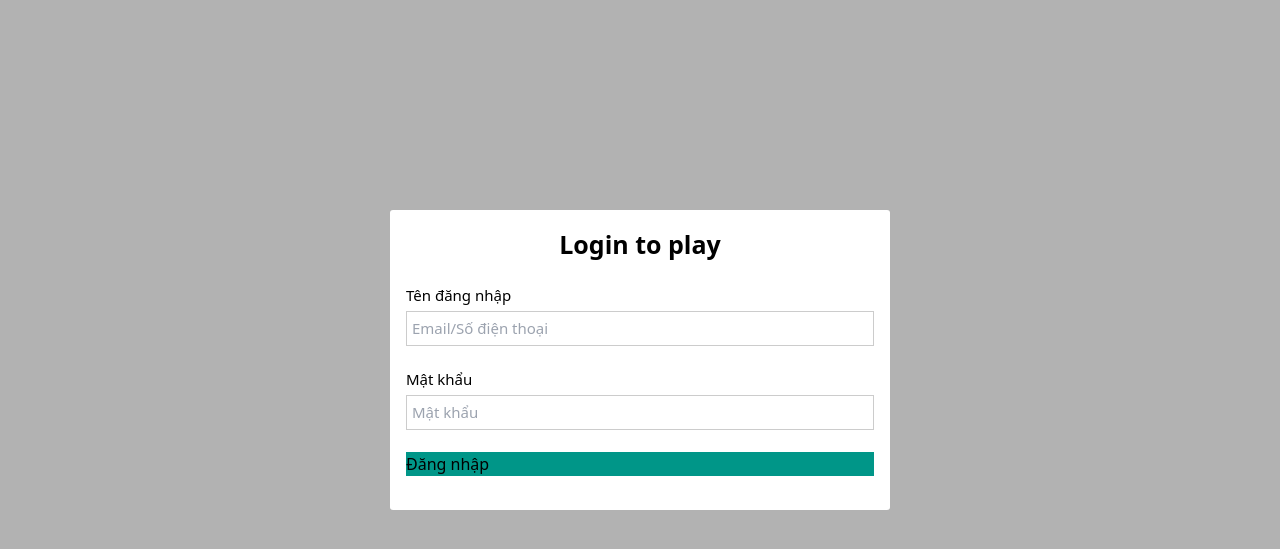
Repository: Teddy1705/demo_pj
Page: /
These files come from the project's save history. The page is drawn as it stood at one moment and after the next save; the edit follows.
The browser window is 1280 px wide. The pictures show the whole page.
The project was rebuilt for these pictures with package versions that can differ from the ones it lists, and the page was loaded fresh each time. Also part of the build but not shown: vite.config.js.

Above is the page before, as saved 2024-04-16 10:01:38.

### index.html
<!DOCTYPE html>
<html lang="en">
  <head>
    <meta charset="UTF-8" />
    <link rel="icon" type="image/svg+xml" href="/vite.svg" />
    <meta name="viewport" content="width=device-width, initial-scale=1.0" />
    <title>Tic Tac Toe</title>
    <link rel="stylesheet" href="./src/index.css" />
  </head>
  <body>
    <div id="root"></div>
    <script type="module" src="/src/main.jsx"></script>
  </body>
</html>

### src/index.css
:root {
  --white-color: #fff;
  --black-color: #000;
}

/*
1. Prevent padding and border from affecting element width. (https://github.com/mozdevs/cssremedy/issues/4)
2. Allow adding a border to an element by just adding a border-width. (https://github.com/tailwindcss/tailwindcss/pull/116)
*/

*,
::before,
::after {
  box-sizing: border-box;
  /* 1 */
  border-width: 0;
  /* 2 */
  border-style: solid;
  /* 2 */
  border-color: #e5e7eb;
  /* 2 */
}

::before,
::after {
  --tw-content: "";
}

/*
1. Use a consistent sensible line-height in all browsers.
2. Prevent adjustments of font size after orientation changes in iOS.
3. Use a more readable tab size.
4. Use the user's configured `sans` font-family by default.
5. Use the user's configured `sans` font-feature-settings by default.
6. Use the user's configured `sans` font-variation-settings by default.
7. Disable tap highlights on iOS
*/

html,
:host {
  line-height: 1.5;
  /* 1 */
  -webkit-text-size-adjust: 100%;
  /* 2 */
  -moz-tab-size: 4;
  /* 3 */
  -o-tab-size: 4;
  tab-size: 4;
  /* 3 */
  font-family: ui-sans-serif, system-ui, sans-serif, "Apple Color Emoji",
    "Segoe UI Emoji", "Segoe UI Symbol", "Noto Color Emoji";
  /* 4 */
  font-feature-settings: normal;
  /* 5 */
  font-variation-settings: normal;
  /* 6 */
  -webkit-tap-highlight-color: transparent;
  /* 7 */
}

/*
1. Remove the margin in all browsers.
2. Inherit line-height from `html` so users can set them as a class directly on the `html` element.
*/

body {
  margin: 0;
  /* 1 */
  line-height: inherit;
  /* 2 */
}

/*
1. Add the correct height in Firefox.
2. Correct the inheritance of border color in Firefox. (https://bugzilla.mozilla.org/show_bug.cgi?id=190655)
3. Ensure horizontal rules are visible by default.
*/

hr {
  height: 0;
  /* 1 */
  color: inherit;
  /* 2 */
  border-top-width: 1px;
  /* 3 */
}

/*
Add the correct text decoration in Chrome, Edge, and Safari.
*/

abbr:where([title]) {
  -webkit-text-decoration: underline dotted;
  text-decoration: underline dotted;
}

/*
Remove the default font size and weight for headings.
*/

h1,
h2,
h3,
h4,
h5,
h6 {
  font-size: inherit;
  font-weight: inherit;
}

/*
Reset links to optimize for opt-in styling instead of opt-out.
*/

a {
  color: inherit;
  text-decoration: inherit;
}

/*
Add the correct font weight in Edge and Safari.
*/

b,
strong {
  font-weight: bolder;
}

/*
1. Use the user's configured `mono` font-family by default.
2. Use the user's configured `mono` font-feature-settings by default.
3. Use the user's configured `mono` font-variation-settings by default.
4. Correct the odd `em` font sizing in all browsers.
*/

code,
kbd,
samp,
pre {
  font-family: ui-monospace, SFMono-Regular, Menlo, Monaco, Consolas,
    "Liberation Mono", "Courier New", monospace;
  /* 1 */
  font-feature-settings: normal;
  /* 2 */
  font-variation-settings: normal;
  /* 3 */
  font-size: 1em;
  /* 4 */
}

/*
Add the correct font size in all browsers.
*/

small {
  font-size: 80%;
}

/*
Prevent `sub` and `sup` elements from affecting the line height in all browsers.
*/

sub,
sup {
  font-size: 75%;
  line-height: 0;
  position: relative;
  vertical-align: baseline;
}

sub {
  bottom: -0.25em;
}

sup {
  top: -0.5em;
}

/*
1. Remove text indentation from table contents in Chrome and Safari. (https://bugs.chromium.org/p/chromium/issues/detail?id=999088, https://bugs.webkit.org/show_bug.cgi?id=201297)
2. Correct table border color inheritance in all Chrome and Safari. (https://bugs.chromium.org/p/chromium/issues/detail?id=935729, https://bugs.webkit.org/show_bug.cgi?id=195016)
3. Remove gaps between table borders by default.
*/

table {
  text-indent: 0;
  /* 1 */
  border-color: inherit;
  /* 2 */
  border-collapse: collapse;
  /* 3 */
}

/*
1. Change the font styles in all browsers.
2. Remove the margin in Firefox and Safari.
3. Remove default padding in all browsers.
*/

button,
input,
optgroup,
select,
textarea {
  font-family: inherit;
  /* 1 */
  font-feature-settings: inherit;
  /* 1 */
  font-variation-settings: inherit;
  /* 1 */
  font-size: 100%;
  /* 1 */
  font-weight: inherit;
  /* 1 */
  line-height: inherit;
  /* 1 */
  letter-spacing: inherit;
  /* 1 */
  color: inherit;
  /* 1 */
  margin: 0;
  /* 2 */
  padding: 0;
  /* 3 */
}

/*
Remove the inheritance of text transform in Edge and Firefox.
*/

button,
select {
  text-transform: none;
}

/*
1. Correct the inability to style clickable types in iOS and Safari.
2. Remove default button styles.
*/

button,
input:where([type="button"]),
input:where([type="reset"]),
input:where([type="submit"]) {
  -webkit-appearance: button;
  /* 1 */
  background-color: transparent;
  /* 2 */
  background-image: none;
  /* 2 */
}

/*
Use the modern Firefox focus style for all focusable elements.
*/

:-moz-focusring {
  outline: auto;
}

/*
Remove the additional `:invalid` styles in Firefox. (https://github.com/mozilla/gecko-dev/blob/2f9eacd9d3d995c937b4251a5557d95d494c9be1/layout/style/res/forms.css#L728-L737)
*/

:-moz-ui-invalid {
  box-shadow: none;
}

/*
Add the correct vertical alignment in Chrome and Firefox.
*/

progress {
  vertical-align: baseline;
}

/*
Correct the cursor style of increment and decrement buttons in Safari.
*/

::-webkit-inner-spin-button,
::-webkit-outer-spin-button {
  height: auto;
}

/*
1. Correct the odd appearance in Chrome and Safari.
2. Correct the outline style in Safari.
*/

[type="search"] {
  -webkit-appearance: textfield;
  /* 1 */
  outline-offset: -2px;
  /* 2 */
}

/*
Remove the inner padding in Chrome and Safari on macOS.
*/

::-webkit-search-decoration {
  -webkit-appearance: none;
}

/*
1. Correct the inability to style clickable types in iOS and Safari.
2. Change font properties to `inherit` in Safari.
*/

::-webkit-file-upload-button {
  -webkit-appearance: button;
  /* 1 */
  font: inherit;
  /* 2 */
}

/*
Add the correct display in Chrome and Safari.
*/

summary {
  display: list-item;
}

/*
Removes the default spacing and border for appropriate elements.
*/

blockquote,
dl,
dd,
h1,
h2,
h3,
h4,
h5,
h6,
hr,
figure,
p,
pre {
  margin: 0;
}

fieldset {
  margin: 0;
  padding: 0;
}

legend {
  padding: 0;
}

ol,
ul,
menu {
  list-style: none;
  margin: 0;
  padding: 0;
}

/*
Reset default styling for dialogs.
*/

dialog {
  padding: 0;
}

/*
Prevent resizing textareas horizontally by default.
*/

textarea {
  resize: vertical;
}

/*
1. Reset the default placeholder opacity in Firefox. (https://github.com/tailwindlabs/tailwindcss/issues/3300)
2. Set the default placeholder color to the user's configured gray 400 color.
*/

input::-moz-placeholder,
textarea::-moz-placeholder {
  opacity: 1;
  /* 1 */
  color: #9ca3af;
  /* 2 */
}

input::placeholder,
textarea::placeholder {
  opacity: 1;
  /* 1 */
  color: #9ca3af;
  /* 2 */
}

/*
Set the default cursor for buttons.
*/

button,
[role="button"] {
  cursor: pointer;
}

/*
Make sure disabled buttons don't get the pointer cursor.
*/

:disabled {
  cursor: default;
}

/*
1. Make replaced elements `display: block` by default. (https://github.com/mozdevs/cssremedy/issues/14)
2. Add `vertical-align: middle` to align replaced elements more sensibly by default. (https://github.com/jensimmons/cssremedy/issues/14#issuecomment-634934210)
   This can trigger a poorly considered lint error in some tools but is included by design.
*/

img,
svg,
video,
canvas,
audio,
iframe,
embed,
object {
  display: block;
  /* 1 */
  vertical-align: middle;
  /* 2 */
}

/*
Constrain images and videos to the parent width and preserve their intrinsic aspect ratio. (https://github.com/mozdevs/cssremedy/issues/14)
*/

img,
video {
  max-width: 100%;
  height: auto;
}

/* Make elements with the HTML hidden attribute stay hidden by default */

[hidden] {
  display: none;
}

*,
::before,
::after {
  --tw-border-spacing-x: 0;
  --tw-border-spacing-y: 0;
  --tw-translate-x: 0;
  --tw-translate-y: 0;
  --tw-rotate: 0;
  --tw-skew-x: 0;
  --tw-skew-y: 0;
  --tw-scale-x: 1;
  --tw-scale-y: 1;
  --tw-pan-x: ;
  --tw-pan-y: ;
  --tw-pinch-zoom: ;
  --tw-scroll-snap-strictness: proximity;
  --tw-gradient-from-position: ;
  --tw-gradient-via-position: ;
  --tw-gradient-to-position: ;
  --tw-ordinal: ;
  --tw-slashed-zero: ;
  --tw-numeric-figure: ;
  --tw-numeric-spacing: ;
  --tw-numeric-fraction: ;
  --tw-ring-inset: ;
  --tw-ring-offset-width: 0px;
  --tw-ring-offset-color: #fff;
  --tw-ring-color: rgb(59 130 246 / 0.5);
  --tw-ring-offset-shadow: 0 0 #0000;
  --tw-ring-shadow: 0 0 #0000;
  --tw-shadow: 0 0 #0000;
  --tw-shadow-colored: 0 0 #0000;
  --tw-blur: ;
  --tw-brightness: ;
  --tw-contrast: ;
  --tw-grayscale: ;
  --tw-hue-rotate: ;
  --tw-invert: ;
  --tw-saturate: ;
  --tw-sepia: ;
  --tw-drop-shadow: ;
  --tw-backdrop-blur: ;
  --tw-backdrop-brightness: ;
  --tw-backdrop-contrast: ;
  --tw-backdrop-grayscale: ;
  --tw-backdrop-hue-rotate: ;
  --tw-backdrop-invert: ;
  --tw-backdrop-opacity: ;
  --tw-backdrop-saturate: ;
  --tw-backdrop-sepia: ;
  --tw-contain-size: ;
  --tw-contain-layout: ;
  --tw-contain-paint: ;
  --tw-contain-style: ;
}

::backdrop {
  --tw-border-spacing-x: 0;
  --tw-border-spacing-y: 0;
  --tw-translate-x: 0;
  --tw-translate-y: 0;
  --tw-rotate: 0;
  --tw-skew-x: 0;
  --tw-skew-y: 0;
  --tw-scale-x: 1;
  --tw-scale-y: 1;
  --tw-pan-x: ;
  --tw-pan-y: ;
  --tw-pinch-zoom: ;
  --tw-scroll-snap-strictness: proximity;
  --tw-gradient-from-position: ;
  --tw-gradient-via-position: ;
  --tw-gradient-to-position: ;
  --tw-ordinal: ;
  --tw-slashed-zero: ;
  --tw-numeric-figure: ;
  --tw-numeric-spacing: ;
  --tw-numeric-fraction: ;
  --tw-ring-inset: ;
  --tw-ring-offset-width: 0px;
  --tw-ring-offset-color: #fff;
  --tw-ring-color: rgb(59 130 246 / 0.5);
  --tw-ring-offset-shadow: 0 0 #0000;
  --tw-ring-shadow: 0 0 #0000;
  --tw-shadow: 0 0 #0000;
  --tw-shadow-colored: 0 0 #0000;
  --tw-blur: ;
  --tw-brightness: ;
  --tw-contrast: ;
  --tw-grayscale: ;
  --tw-hue-rotate: ;
  --tw-invert: ;
  --tw-saturate: ;
  --tw-sepia: ;
  --tw-drop-shadow: ;
  --tw-backdrop-blur: ;
  --tw-backdrop-brightness: ;
  --tw-backdrop-contrast: ;
  --tw-backdrop-grayscale: ;
  --tw-backdrop-hue-rotate: ;
  --tw-backdrop-invert: ;
  --tw-backdrop-opacity: ;
  --tw-backdrop-saturate: ;
  --tw-backdrop-sepia: ;
  --tw-contain-size: ;
  --tw-contain-layout: ;
  --tw-contain-paint: ;
  --tw-contain-style: ;
}

#modal {
  position: fixed;
  top: 0;
  right: 0;
  bottom: 0;
  left: 0;
  display: flex;
  align-items: center;
  justify-content: center;
}

#modal .modal__overlay {
  position: absolute;
  width: 100%;
  height: 100%;
  background-color: rgba(0, 0, 0, 0.3);
}

#modal .modal__body {
  position: relative;
  background-color: var(--white-color);
  margin: auto;
  width: 500px;
  min-height: 300px;
  padding: 16px;
  border-radius: 3px;
}

.auth-form {
}

.auth-form__heading {
  font-size: 25px;
  font-weight: 700;
  text-align: center;
  margin-bottom: 20px;
}

.auth-form__info {
}

.auth-form__info-details {
}

.auth-form__label {
  display: block;
  font-size: 15px;
  font-weight: 500;
}

.auth-form__info-input {
  border: 1px solid #ccc;
  width: 100%;
  font-size: 15px;
  padding: 5px;
  margin: 5px 0 22px;
}

.auth-form__btn {
  width: 100%;
  background-color: #009688;
}

### src/main.jsx
import React from "react";
import ReactDOM from "react-dom/client";
import App from "./App.jsx";
import { createBrowserRouter, RouterProvider } from "react-router-dom";
import Root from "./routes/root";
import "./index.css";

const router = createBrowserRouter([
  {
    path: "/",
    element: <Root />,
  },
]);

ReactDOM.createRoot(document.getElementById("root")).render(
  <React.StrictMode>
    <RouterProvider router={router} />
    <App />
  </React.StrictMode>
);

### src/routes/root.jsx
export default function Root() {
  return (
    <>
      <div id="modal">
        <div className="modal__overlay"></div>
        <div className="modal__body">
          <div className="auth-form">
            <h1 className="auth-form__heading">Login to play</h1>
            <div className="auth-form__info">
              <div className="auth-form__info-details">
                <label htmlFor="" className="auth-form__label">
                  Tên đăng nhập
                </label>
                <input
                  type="text"
                  className="auth-form__info-input"
                  placeholder="Email/Số điện thoại"
                />
              </div>
              <div className="auth-form__info-details">
                <label htmlFor="" className="auth-form__label">
                  Mật khẩu
                </label>
                <input
                  type="password"
                  className="auth-form__info-input"
                  placeholder="Mật khẩu"
                />
              </div>
            </div>
            <div className="auth-form__btn">
              <a
                href={`https://codesandbox.io/s/q2z497?file=%2Fsrc%2FApp.js&utm_medium=sandpack`}
                className=""
              >
                Đăng nhập
              </a>
            </div>
          </div>
        </div>
      </div>
      <div id="detail"></div>
    </>
  );
}

Loaded but not shown: src/App.jsx (common file)

After the next save:
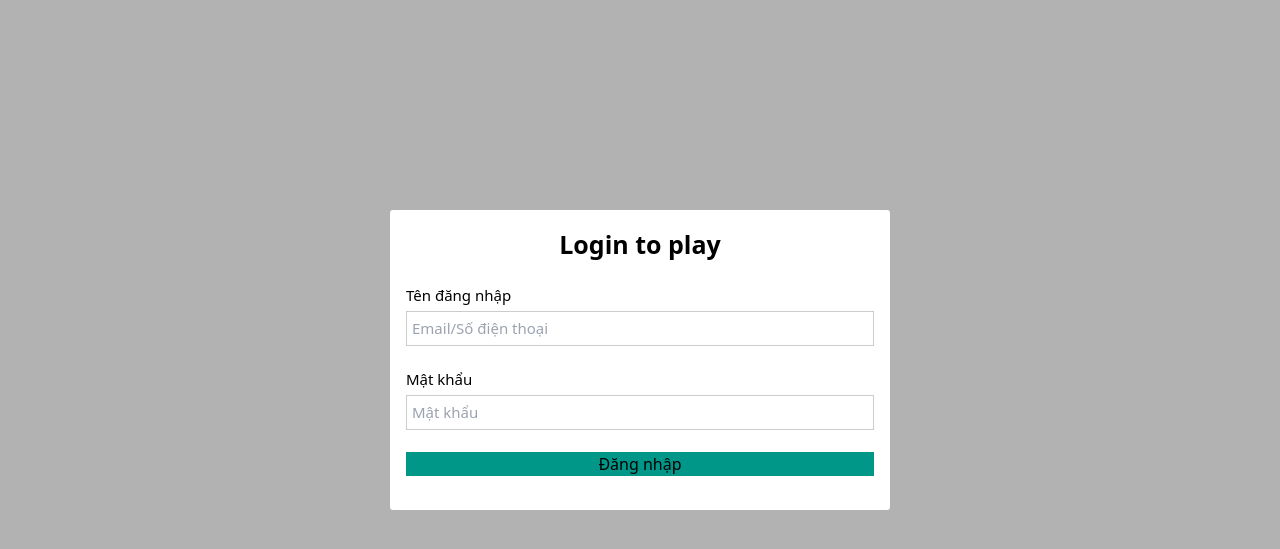
Saved 50 s later.
--- a/src/routes/root.jsx
+++ b/src/routes/root.jsx
@@ -28,14 +28,14 @@ export default function Root() {
                 />
               </div>
             </div>
-            <div className="auth-form__btn">
+            <button className="auth-form__btn">
               <a
                 href={`https://codesandbox.io/s/q2z497?file=%2Fsrc%2FApp.js&utm_medium=sandpack`}
                 className=""
               >
                 Đăng nhập
               </a>
-            </div>
+            </button>
           </div>
         </div>
       </div>
